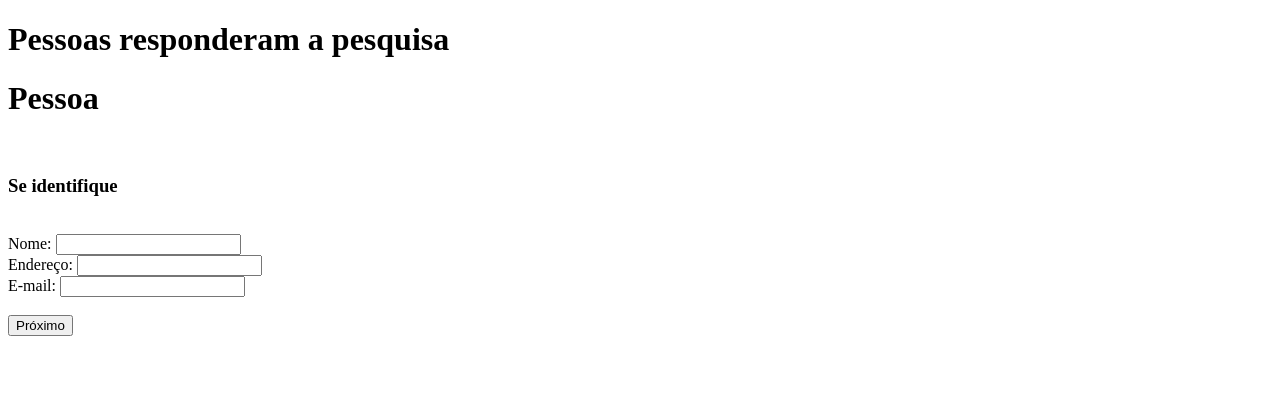
Repository: lucas-zanette/Treinamentos
Page: http://localhost/Censo2018_BD/
These files come from the project's save history. The page is drawn as it stood at one moment and after the next save; the edit follows.
The browser window is 1280 px wide. The pictures show the whole page.
The page is served by Tomcat 9. Queries for data that is not in the repository find no rows.

Above is the page before, as saved 2018-01-22 22:14:31.

After the next save:
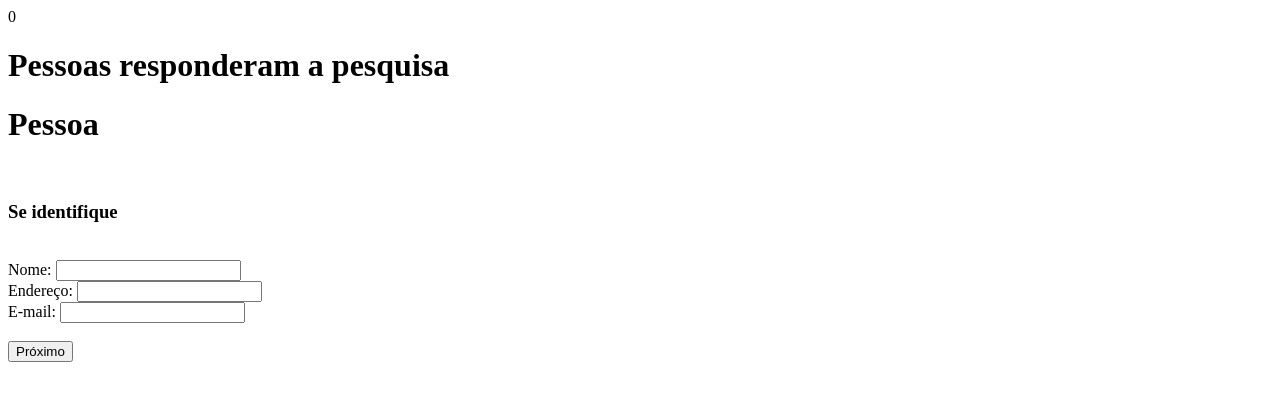
Saved 2 min 11 s later.
--- a/JEE-Jan2018/Censo2018_BD/src/taglibs/MinhaTag.java
+++ b/JEE-Jan2018/Censo2018_BD/src/taglibs/MinhaTag.java
@@ -29,7 +29,7 @@
 				count += 1;
 			}
 
-			out.println("<H1>Pessoas responderam a pesquisa</H1>");
+			out.println(count + "<H1>Pessoas responderam a pesquisa</H1>");
 
 		} catch (SQLException e1) {
 			// TODO Auto-generated catch block
